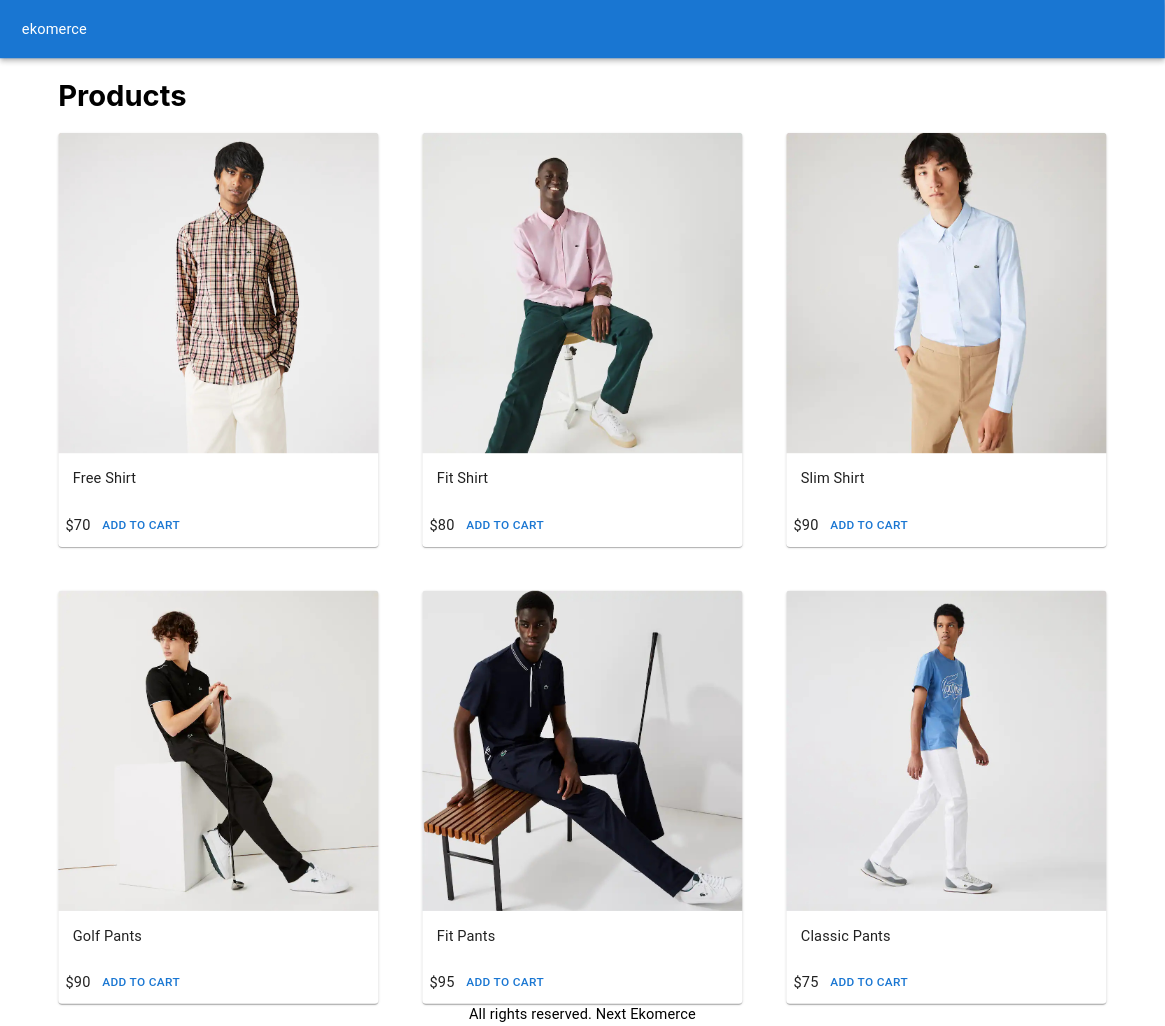
Repository: ChakmaSajib/ekomerce
Page: /
An editor plug-in stored every save of this project. The page is shown before and after the next save, followed by the edit.
The browser window is 1280 px wide. The pictures show the whole page, at 91% of full size.
The project was rebuilt for these pictures with package versions that can differ from the ones it lists, and the page was loaded fresh each time. The framework's server and built-in components were replaced by stand-ins that run in the browser. Also part of the build but not shown: next.config.js, styles/Home.module.css.

Above is the page before, as saved 2022-01-02 00:19:51.

### pages/_app.js
import React, { useEffect } from "react"
import '../styles/globals.css'
function MyApp({ Component, pageProps }) {
  useEffect(() => {
    // this will call after rendering this component
    // to remove css for server side rendering
    // to fix the issue with server-side with material-ui

    const jssStyle = document.querySelector('#jss-server-side')
    if (jssStyle) {
      jssStyle.parentElement.removeChild(jssStyle)
    }
  }, [])
  return <Component {...pageProps} />
}

export default MyApp

### pages/_document.js
// We will change the way that Next basically render the pages
import { ServerStyleSheets } from '@mui/styles';
import React from "react"
import App from 'next/app';
import Document, { Html, Head, Main, NextScript } from 'next/document';
export default class MyDocument extends Document {
    render() {
        return (
            <Html lang="en">
                <Head></Head>
                {/** here, the body element does not comming from NextJS */}
                <body>
                    <Main />
                    <NextScript />
                </body>
            </Html>
        )
    }
}

// This will render before above component
MyDocument.getInitialProps = async (ctx) => {
    const sheets = new ServerStyleSheets();
    const originalRenderPage = ctx.renderPage;
    ctx.renderPage = () => {
        return originalRenderPage({
            enhanceApp: (App) => (props) => sheets.collect(<App {...props} />),
        });
    };

    const initialProps = await Document.getInitialProps(ctx)
    return {
        ...initialProps,
        styles: [
            ...React.Children.toArray(initialProps.styles), sheets.getStyleElement()
        ]
    }
}

### pages/index.js
import Head from 'next/head'
import Image from 'next/image'
import Layout from '../components/Layout'
import styles from '../styles/Home.module.css'
import { Card, CardActionArea, CardContent, CardMedia, CardActions, Grid, Typography, Button } from '@mui/material'
import data from "../utils/data"

export default function Home() {
  return (
    <Layout>
      <div>
        <h1>Products</h1>
        {/** Parent Grid */}
        <Grid container spacing={6}>
          {data.products.map((product) => (
            <Grid item key={product.name} md={4}>
              <Card>
                <CardActionArea>
                  <CardMedia component="img" image={product.image} title={product.name}>
                  </CardMedia>
                  <CardContent >
                    <Typography>
                      {product.name}
                    </Typography>
                  </CardContent>
                </CardActionArea>
                <CardActions>
                  <Typography>${product.price}</Typography>
                  <Button size="small" color="primary"> Add to cart</Button>
                </CardActions>
              </Card>
            </Grid>
          ))}
        </Grid>
      </div>
    </Layout>

  )
}

### components/Layout.js
import React from 'react';
import Head from 'next/head';
import { AppBar, Toolbar, Typography, Container } from '@mui/material';
import useStyles from '../utils/styles';

export default function Layout({ children }) {
    const classes = useStyles()

    return (
        <div>
            <Head>
                <title>Ekomerce</title>
            </Head>

            {/** App bar */}
            <AppBar position="static" className={classes.navbar}>
                <Toolbar>
                    <Typography>
                        ekomerce
                    </Typography>
                </Toolbar>
            </AppBar>

            {/** Main Container */}
            <Container className={classes.main}>
                {children}
            </Container>

            {/** Footer */}

            <footer className={classes.footer}>
                <Typography> All rights reserved. Next Ekomerce </Typography>
            </footer>
        </div>
    )
}

### utils/data.js
const data = {
    products: [
        {
            name: 'Free Shirt',
            category: 'Shirts',
            image: '/images/shirt1.jpg',
            price: 70,
            brand: 'Nike',
            rating: 4.5,
            numReviews: 10,
            countInStock: 20,
            description: 'A popular shirt',
        },
        {
            name: 'Fit Shirt',
            category: 'Shirts',
            image: '/images/shirt2.jpg',
            price: 80,
            brand: 'Adidas',
            rating: 4.2,
            numReviews: 10,
            countInStock: 20,
            description: 'A popular shirt',
        },
        {
            name: 'Slim Shirt',
            category: 'Shirts',
            image: '/images/shirt3.jpg',
            price: 90,
            brand: 'Raymond',
            rating: 4.5,
            numReviews: 10,
            countInStock: 20,
            description: 'A popular shirt',
        },
        {
            name: 'Golf Pants',
            category: 'Pants',
            image: '/images/pants1.jpg',
            price: 90,
            brand: 'Oliver',
            rating: 4.5,
            numReviews: 10,
            countInStock: 20,
            description: 'Smart looking pants',
        },
        {
            name: 'Fit Pants',
            category: 'Pants',
            image: '/images/pants2.jpg',
            price: 95,
            brand: 'Zara',
            rating: 4.5,
            numReviews: 10,
            countInStock: 20,
            description: 'A popular pants',
        },
        {
            name: 'Classic Pants',
            category: 'Pants',
            image: '/images/pants3.jpg',
            price: 75,
            brand: 'Casely',
            rating: 4.5,
            numReviews: 10,
            countInStock: 20,
            description: 'A popular pants',
        },
    ],
};
export default data;

### utils/styles.js
import { makeStyles } from '@mui/styles';

const useStyles = makeStyles({
    navbar: {
        backgroundColor: '#203040',
        '& a': {
            color: "#fff",
            marginLeft: 10,
        }

    },
    main: {
        minHeight: '80vh',
    },

    footer: {
        textAlign: 'center'
    }
})

export default useStyles;

Loaded but not shown: styles/globals.css (common file)

After the next save:
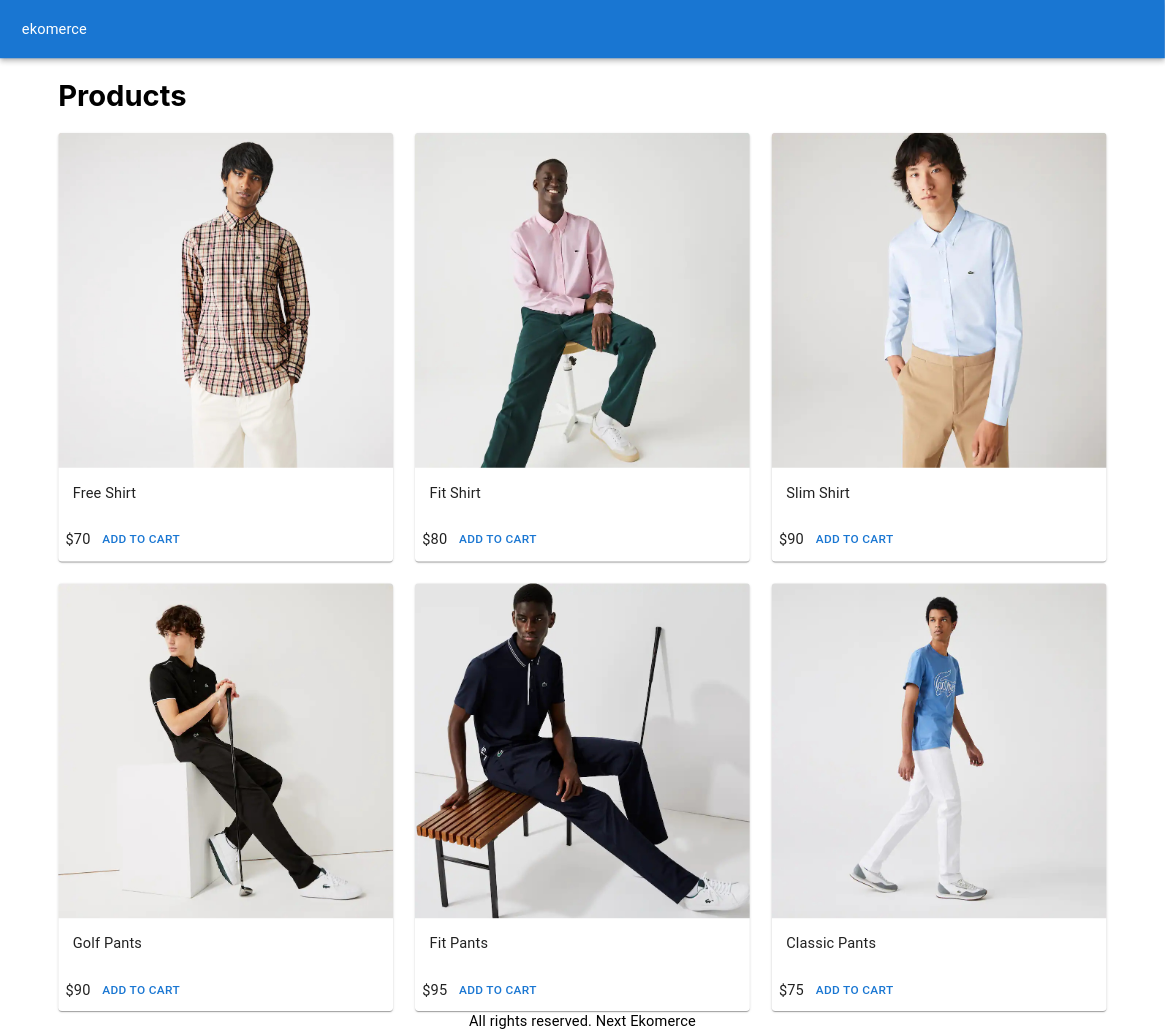
Saved 8 s later.
--- a/pages/index.js
+++ b/pages/index.js
@@ -11,7 +11,7 @@
       <div>
         <h1>Products</h1>
         {/** Parent Grid */}
-        <Grid container spacing={6}>
+        <Grid container spacing={3}>
           {data.products.map((product) => (
             <Grid item key={product.name} md={4}>
               <Card>
